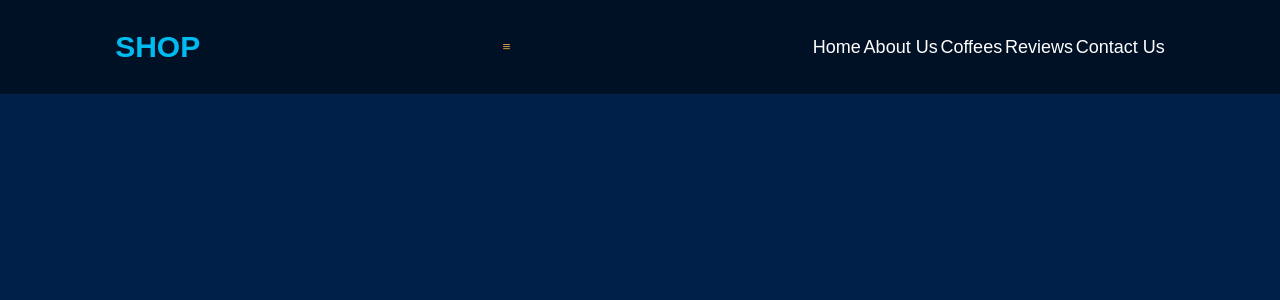
Repository: ntandomagana/Coffee-Shop
Page: index.html
An editor plug-in stored every save of this project. The page is shown before and after a run of saves, followed by the edit.
The browser window is 1280 px wide. The pictures show the whole page.

Above is the page before, as saved 2024-04-10 13:46:23.

### index.html
<!DOCTYPE html>
<html lang="en">
  <head>
    <meta charset="UTF-8" />
    <meta name="viewport" content="width=device-width, initial-scale=1.0" />
    <link rel="stylesheet" href="style.css" />
    <link
      href="https://unpkg.com/boxicons@2.1.4/css/boxicons.min.css"
      rel="stylesheet"/>

    <title>Coffee Shop</title>
  </head>
  <body>
    <header class="header">
        <a href="#home" class="logo"><span>SHOP</span></a>


        <i class='bx bx-menu' id="menu-icon"></i>


        <navbar class="navbar">
          <a href="#home" class="active">Home</a>
          <a href="#about" >About Us</a>
          <a href="#coffees" >Coffees</a>
          <a href="#reviews" >Reviews</a>
          <a href="#contact" >Contact Us</a>
        </navbar>
    </header>
    <script src="script.js"></script>
  </body>
</html>

### style.css
* {
    margin: 0;
    padding: 0;
    box-sizing: border-box;
    text-decoration: none;
    border: none;
    outline: none;
    scroll-behavior: smooth;
    font-family: "Poppins", sans-serif;
}

:root {
    --bg-color:  #00204a;
    --text-color: #005792;
    --main-color: #00bbf0;
    --extra-color: #fdb44b;
}

html {
    font-size: 62.5%;
    overflow: hidden;
}

body {
    background: var(--bg-color);
    color: var(--extra-color);
}

.header {
    position: fixed;
    top: 0;
    left: 0;
    width: 100%;
    padding: 3rem 9%;
    background: rgb(0, 0, 0, 0.5);
    background-filter: blur(20px);
    display: flex;
    align-items: center;
    justify-content: space-between;
    z-index: 100;
}

.logo {
    font-size: 3rem;
    color: var(--extra-color);
    font-weight: 800;
    cursor: pointer;
    transition: 0.3s ease;
}

.logo:hover {
    transform: scale(1.1);

}

span {
    color: var(--main-color)
}

.navbar a {
    color: white;
    justify-content: space-between;
    font-size: 1.8rem;
}

Loaded but not shown: script.js (no stored copy; drawn as an empty file)

After the next 2 saves:
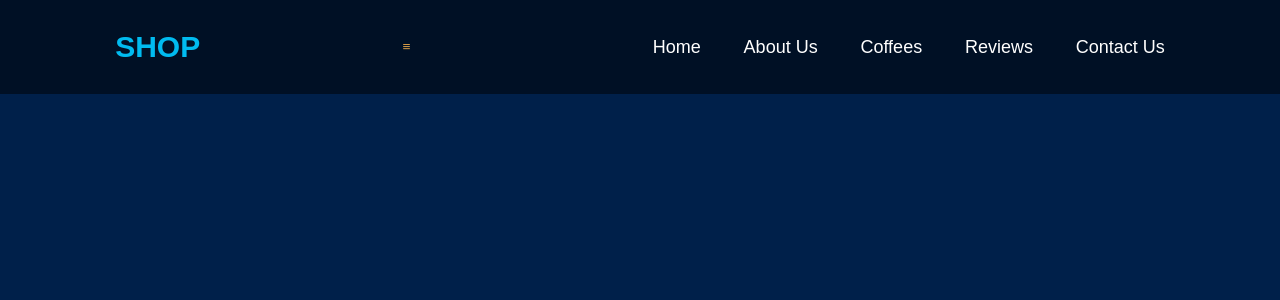
The 2 saves are shown as one change because they came seconds apart.
The last was saved 18 s later.
--- a/style.css
+++ b/style.css
@@ -61,4 +61,5 @@
     color: white;
     justify-content: space-between;
     font-size: 1.8rem;
+    margin-left: 4rem;
 }
